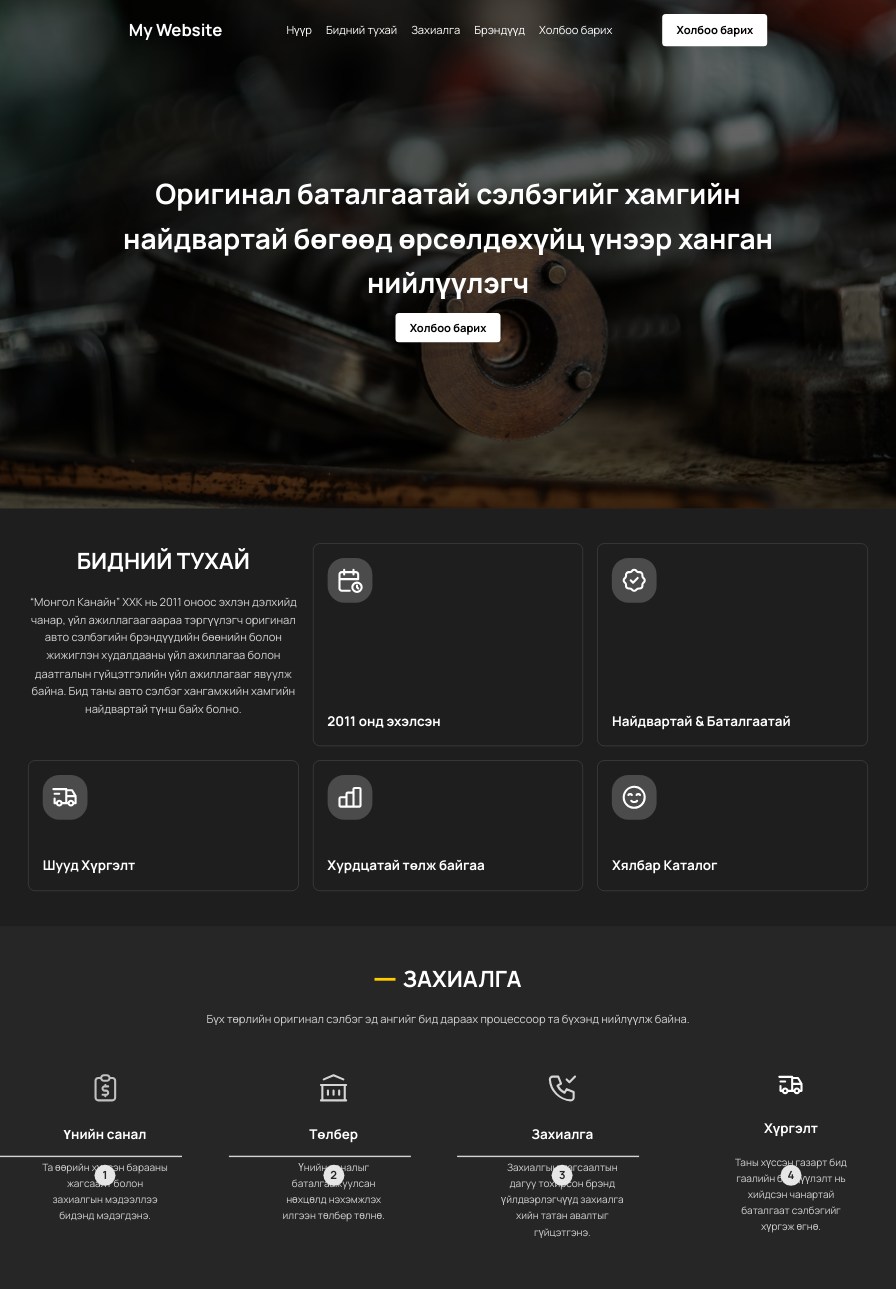
Repository: temuujinnn/mongol_kanain
Page: index.html
An editor plug-in stored every save of this project. The page is shown before and after the next save, followed by the edit.
The browser window is 1280 px wide. The pictures show the whole page, at 70% of full size.

Above is the page before, as saved 2024-08-22 18:28:06.

### index.html
<!DOCTYPE html>
<html lang="mn">

<head>
    <meta charset="UTF-8">
    <meta name="viewport" content="width=device-width, initial-scale=1.0">
    <title>My Custom Website</title>
    <link rel="stylesheet" href="style.css">
    <!-- Google Fonts Link -->
    <link href="https://fonts.googleapis.com/css2?family=Manrope:wght@400;700&display=swap" rel="stylesheet">
</head>

<body>
    <!-- Header Section -->
    <header>
        <div class="container">
            <div class="logo">
                <h1>My Website</h1>
            </div>
            <nav>
                <ul>
                    <li><a href="#home">Нүүр</a></li>
                    <li><a href="#about">Бидний тухай</a></li>
                    <li><a href="#order">Захиалга</a></li>
                    <li><a href="#brands">Брэндүүд</a></li>
                    <li><a href="#contact">Холбоо барих</a></li>
                </ul>
            </nav>
            <a href="#contact" class="contact-btn">Холбоо барих</a>
        </div>
    </header>

    <!-- Hero Section -->
    <section id="hero">
        <div class="overlay"></div>
        <div class="hero-content">
            <h1>Оригинал баталгаатай сэлбэгийг хамгийн найдвартай бөгөөд өрсөлдөхүйц үнээр ханган нийлүүлэгч</h1>
            <a href="#contact" class="button">Холбоо барих</a>
        </div>
    </section>

    <!-- The rest of your content -->
    <section id="about">
        <div class="container">

            <div class="about-grid">
                <div>
                    <h2>БИДНИЙ ТУХАЙ</h2>
                    <p class="description">“Монгол Канайн” ХХК нь 2011 оноос эхлэн дэлхийд чанар, үйл ажиллагаагаараа
                        тэргүүлэгч
                        оригинал авто сэлбэгийн брэндүүдийн бөөнийн болон жижиглэн худалдааны үйл ажиллагаа болон
                        даатгалын
                        гүйцэтгэлийн үйл ажиллагааг явуулж байна. Бид таны авто сэлбэг хангамжийн хамгийн найдвартай
                        түнш
                        байх
                        болно.</p>
                </div>

                <div class="about-card">
                    <div class="icon">
                        <img src="./icons/calendar-time.svg" alt="Calendar Icon">
                    </div>
                    <div style="height: 40px;"></div>
                    <div class="text">2011 онд эхэлсэн</div>
                </div>
                <div class="about-card">
                    <div class="icon">
                        <img src="./icons/discount-check.svg" alt="Calendar Icon">
                    </div>
                    <div style="height: 40px;"></div>
                    <div class="text">Найдвартай & Баталгаатай</div>
                </div>
                <div class="about-card">
                    <div class="icon">
                        <img src="./icons/truck-delivery.svg" alt="Calendar Icon">
                    </div>
                    <div style="height: 40px;"></div>
                    <div class="text">Шууд Хүргэлт</div>
                </div>
                <div class="about-card">
                    <div class="icon">
                        <img src="./icons/chart-bar.svg" alt="Calendar Icon">
                    </div>
                    <div style="height: 40px;"></div>
                    <div class="text">Хурдцатай төлж байгаа</div>
                </div>
                <div class="about-card">
                    <div class="icon">
                        <img src="./icons/mood-smile-beam.svg" alt="Calendar Icon">
                    </div>
                    <div style="height: 40px;"></div>
                    <div class="text">Хялбар Каталог</div>
                </div>
            </div>
        </div>
    </section>
    <section id="order-process">
        <div class="container">
            <h2>ЗАХИАЛГА</h2>
            <p class="description">Бүх төрлийн оригинал сэлбэг эд ангийг бид дараах процессоор та бүхэнд нийлүүлж байна.
            </p>
            <div class="steps">
                <div class="step">
                    <div class="stepicon">
                        <img src="./icons/report-money.svg" alt="Calendar Icon">
                    </div>
                    <div class="step-number">1</div>
                    <h3>Үнийн санал</h3>
                    <p>Та өөрийн хүссэн барааны жагсаалт болон захиалгын мэдээллээ бидэнд мэдэгдэнэ.</p>
                </div>
                <div class="step">
                    <div class="stepicon">
                        <img src="./icons/building-bank.svg" alt="Calendar Icon">
                    </div>
                    <div class="step-number">2</div>
                    <h3>Төлбер</h3>
                    <p>Үнийн саналыг баталгаажуулсан нөхцөлд нэхэмжлэх илгээн төлбер төлнө.</p>
                </div>
                <div class="step">
                    <div class="stepicon">
                        <img src="./icons/phone-check.svg" alt="Calendar Icon">
                    </div>
                    <div class="step-number">3</div>
                    <h3>Захиалга</h3>
                    <p>Захиалгын жагсаалтын дагуу тохирсон брэнд үйлдвэрлэгчүүд захиалга хийн татан авалтыг гүйцэтгэнэ.
                    </p>
                </div>
                <div class="step">
                    <div class="stepicon">
                        <img src="./icons/truck-delivery.svg" alt="Calendar Icon">
                    </div>
                    <div class="step-number">4</div>
                    <h3>Хүргэлт</h3>
                    <p>Таны хүссэн газарт бид гаалийн бүрдүүлэлт нь хийдсэн чанартай баталгаат сэлбэгийг хүргэж өгнө.
                    </p>
                </div>
            </div>
        </div>
    </section>
</body>

</html>

### style.css
/* Basic Reset */
* {
    margin: 0;
    padding: 0;
    box-sizing: border-box;
}

body {
    font-family: 'Manrope', sans-serif;
    color: white;
    background-color: #1e1e1e;
    line-height: 1.6;
}

/* Header */
header {

    /* Semi-transparent background */
    padding: 20px 0;
    position: absolute;
    /* Ensure the header is not fixed */
    width: 100%;
    z-index: 1000;
    /* Keep the header on top of other content */
}

header .container {
    display: flex;
    padding-left: 144px;
    padding-right: 144px;
    justify-content: space-between;
    align-items: center;
}

header .logo h1 {
    color: #fff;
    font-size: 1.5rem;
    margin: 0;
}

header nav ul {
    list-style: none;
    display: flex;
    margin: 0;
    padding: 0;
}

header nav ul li {
    margin-left: 20px;
}

header nav ul li a {
    color: #fff;
    text-decoration: none;
    font-size: 1rem;
}

header nav ul li a:hover {
    color: #ffcc00;
}

header .contact-btn {
    background-color: #fff;
    color: #000;
    padding: 10px 20px;
    text-decoration: none;
    border-radius: 5px;
    font-weight: bold;
}

header .contact-btn:hover {
    background-color: #e6e6e6;
}

/* Hero Section */
#hero {
    position: relative;
    background: url('./images/m.png') no-repeat center center/cover;
    height: 726px;
    display: flex;
    justify-content: center;
    align-items: center;
    text-align: center;
    color: #fff;
}

#hero .overlay {
    position: absolute;
    top: 0;
    left: 0;
    right: 0;
    bottom: 0;
    background: rgba(0, 0, 0, 0.5);
    /* Dark overlay */
}

.hero-content {
    z-index: 1;
    max-width: 80%;
}

.hero-content h1 {
    font-size: 2.5rem;
    margin-bottom: 20px;
}

.hero-content .button {
    padding: 10px 20px;
    background: #fff;
    color: #000;
    text-decoration: none;
    border-radius: 5px;
    font-weight: bold;
    transition: background-color 0.3s ease;
}

.hero-content .button:hover {
    background-color: #e6e6e6;
}

#about {
    padding: 50px 20px;
    background-color: #1e1e1e;
}

.container {
    max-width: 1200px;
    margin: 0 auto;
}

#about h2 {
    font-size: 32px;
    margin-bottom: 20px;
    color: #fff;
    font-weight: 700;
}

.description {

    font-size: 12px;
    font-style: normal;
    font-weight: 400;
}

.about-grid {
    display: grid;
    grid-template-columns: repeat(3, 1fr);
    gap: 20px;
    height: 100%;
}

.about-card {
    background-color: #1e1e1e;
    padding: 20px;
    border-radius: 10px;
    display: flex;
    flex-direction: column;
    justify-content: space-between;
    align-items: start;

    border: 1px solid #444;
    transition: transform 0.3s ease, border-color 0.3s ease;
}

.about-card:hover {
    transform: translateY(-5px);
    border-color: #ffcc00;
}

.icon {

    display: flex;
    justify-content: center;
    align-items: center;
    background-color: #4b4b4b;
    width: 64px;
    height: 64px;
    padding: 12px;
    border-radius: 24px;

}



.text {
    font-size: 1.2rem;
    color: #fff;
    font-weight: 700;
}

.text br {
    display: none;
}

@media (min-width: 768px) {
    .text br {
        display: inline;
    }
}

/* Adjusting body padding to avoid header overlay */
#order-process {
    padding: 50px 20px;
    background-color: #262626;
}

.container {
    max-width: 1200px;
    margin: 0 auto;
    text-align: center;
}

#order-process h2 {
    font-size: 2rem;
    margin-bottom: 20px;
    color: #fff;
    position: relative;
    display: inline-block;
    padding-left: 40px;
}

#order-process h2::before {
    content: '';
    position: absolute;
    left: 0;
    top: 50%;
    transform: translateY(-50%);
    width: 30px;
    height: 4px;
    background-color: #ffcc00;
    /* Yellow color */
}

.description {
    font-size: 1rem;
    margin-bottom: 40px;
    color: #d3d3d3;
}

.steps {
    display: flex;
    justify-content: space-between;
    flex-wrap: wrap;
    position: relative;
}

.step {
    flex: 1;
    padding: 20px;
    max-width: 220px;
    position: relative;
    /* Ensure step number stays relative to its parent */
    text-align: center;
}

.step::after {
    content: '';
    position: absolute;
    top: 50%;
    right: 0;
    width: calc(100% + 40px);
    /* Extends the line to connect to the next step */
    height: 2px;
    background-color: #d3d3d3;
    z-index: 0;
}

.step:last-child::after {
    display: none;
    /* Remove the line after the last step */
}

.icon {
    margin-bottom: 10px;
    position: relative;
    z-index: 1;
    /* Ensure icon stays on top */
}

.step-number {
    position: absolute;
    top: 60%;
    /* Move the step number lower to avoid overlap with icons */
    left: 50%;
    transform: translate(-50%, -50%);
    background-color: #e6e6e6;
    color: #262626;
    font-weight: bold;
    border-radius: 50%;
    width: 30px;
    height: 30px;
    display: flex;
    align-items: center;
    justify-content: center;
    font-size: 1rem;
    z-index: 2;
    /* Ensures step number stays on top */
}

.step h3 {
    font-size: 1.2rem;
    margin-bottom: 10px;
    color: #fff;
    margin-top: 20px;
    /* Ensure there's enough space above the title */
}

.step p {
    font-size: 0.9rem;
    color: #d3d3d3;
    margin-top: 20px;
    /* Add margin to separate the text from the line */
}

@media (max-width: 768px) {
    .steps {
        flex-direction: column;
        align-items: center;
    }

    .step {
        max-width: 100%;
        margin-bottom: 20px;
    }

    .step::after {
        display: none;
        /* Remove the lines for mobile view */
    }
}

After the next save:
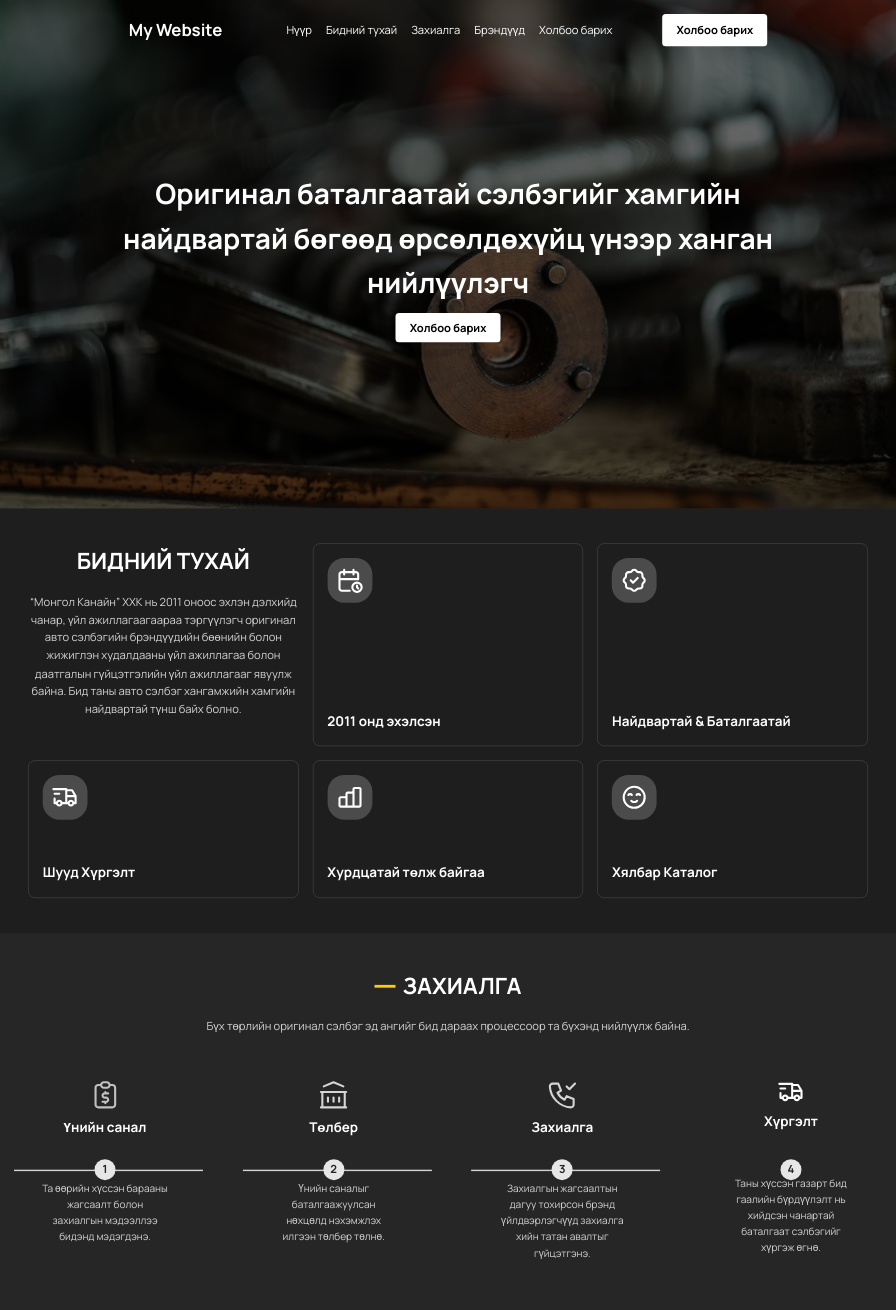
Saved 8 s later.
--- a/style.css
+++ b/style.css
@@ -257,9 +257,11 @@
     content: '';
     position: absolute;
     top: 50%;
-    right: 0;
-    width: calc(100% + 40px);
-    /* Extends the line to connect to the next step */
+    left: -20px;
+    /* right: -0px; */
+    /* Adjust depending on spacing between steps */
+    width: calc(100% + 50px);
+    /* Extend to next step */
     height: 2px;
     background-color: #d3d3d3;
     z-index: 0;
@@ -271,16 +273,14 @@
 }
 
 .icon {
-    margin-bottom: 10px;
-    position: relative;
-    z-index: 1;
-    /* Ensure icon stays on top */
+    margin-bottom: 20px;
+    position: relative;
 }
 
 .step-number {
     position: absolute;
-    top: 60%;
-    /* Move the step number lower to avoid overlap with icons */
+    top: 50%;
+    /* Aligns with the line */
     left: 50%;
     transform: translate(-50%, -50%);
     background-color: #e6e6e6;
@@ -293,23 +293,20 @@
     align-items: center;
     justify-content: center;
     font-size: 1rem;
-    z-index: 2;
+    z-index: 1;
     /* Ensures step number stays on top */
 }
 
 .step h3 {
     font-size: 1.2rem;
-    margin-bottom: 10px;
-    color: #fff;
-    margin-top: 20px;
-    /* Ensure there's enough space above the title */
+    margin-bottom: 20px;
+    color: #fff;
 }
 
 .step p {
+    margin-top: 60px;
     font-size: 0.9rem;
     color: #d3d3d3;
-    margin-top: 20px;
-    /* Add margin to separate the text from the line */
 }
 
 @media (max-width: 768px) {
